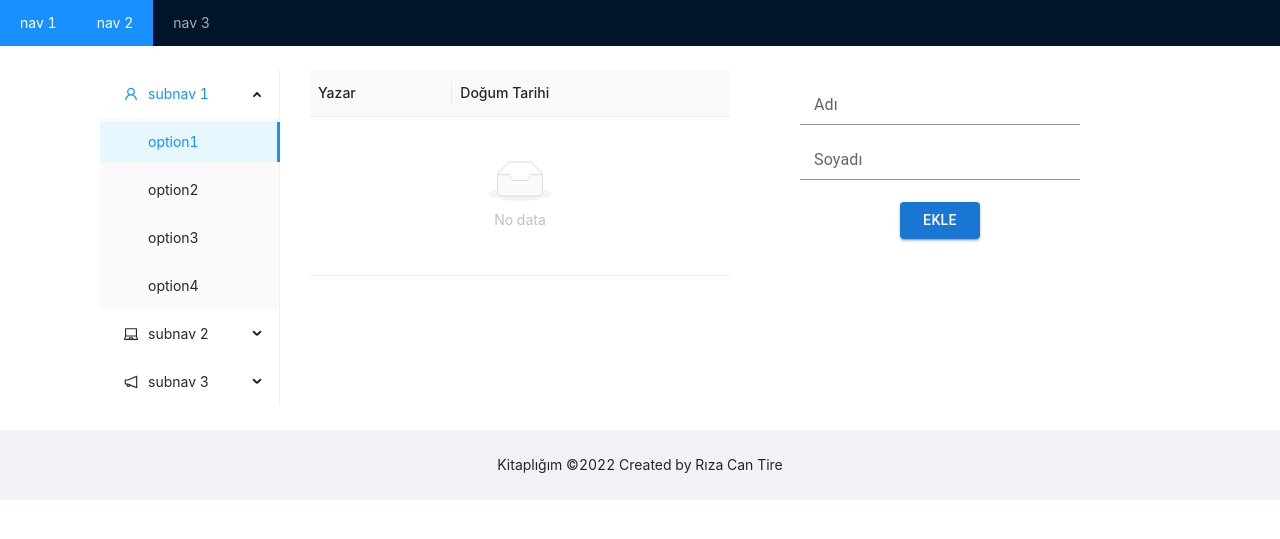
Repository: rizacantire/dotNetCoreWorks
Page: / (app in 1-PersonelLibrary/client/personel-library/)
An editor plug-in stored every save of this project. The page is shown before and after the next save, followed by the edit.
The browser window is 1280 px wide. The pictures show the whole page.
The page's requests for data from a server got no answer. The project was rebuilt for these pictures with package versions that can differ from the ones it lists, and the page was loaded fresh each time. No one was signed in, and anything a server would have sent is missing. Also part of the build but not shown: 1-PersonelLibrary/client/personel-library/src/index.css, 1-PersonelLibrary/client/personel-library/src/components/pages/Categories/CategoryList.jsx.

Above is the page before, as saved 2022-03-14 09:15:30.

### 1-PersonelLibrary/client/personel-library/public/index.html
<!DOCTYPE html>
<html lang="en">
  <head>
    <meta charset="utf-8" />
    <link rel="icon" href="%PUBLIC_URL%/favicon.ico" />
    <meta name="viewport" content="width=device-width, initial-scale=1" />
    <meta name="theme-color" content="#000000" />
    <meta
      name="description"
      content="Web site created using create-react-app"
    />
    <link rel="apple-touch-icon" href="%PUBLIC_URL%/logo192.png" />
    <!--
      manifest.json provides metadata used when your web app is installed on a
      user's mobile device or desktop. See https://developers.google.com/web/fundamentals/web-app-manifest/
    -->
    <link rel="manifest" href="%PUBLIC_URL%/manifest.json" />


    <!--
      Notice the use of %PUBLIC_URL% in the tags above.
      It will be replaced with the URL of the `public` folder during the build.
      Only files inside the `public` folder can be referenced from the HTML.

      Unlike "/favicon.ico" or "favicon.ico", "%PUBLIC_URL%/favicon.ico" will
      work correctly both with client-side routing and a non-root public URL.
      Learn how to configure a non-root public URL by running `npm run build`.
    -->
    <title>React App</title>
  </head>
  <body>
    <noscript>You need to enable JavaScript to run this app.</noscript>
    <div id="root"></div>
    <!--
      This HTML file is a template.
      If you open it directly in the browser, you will see an empty page.

      You can add webfonts, meta tags, or analytics to this file.
      The build step will place the bundled scripts into the <body> tag.

      To begin the development, run `npm start` or `yarn start`.
      To create a production bundle, use `npm run build` or `yarn build`.
    -->
  </body>
</html>

### 1-PersonelLibrary/client/personel-library/src/index.js
import React from "react";
import ReactDOM from "react-dom";
import "./index.css";
import App from "./App";
import reportWebVitals from "./reportWebVitals";
import { Provider } from "react-redux";
import { store } from "./redux/store/store";
import { BrowserRouter } from "react-router-dom";
import 'antd/dist/antd.min.css'

ReactDOM.render(

    <BrowserRouter>
      {" "}
     <Provider store={store}>

     <App />


     </Provider>
    </BrowserRouter>
,
  document.getElementById("root")
);

// If you want to start measuring performance in your app, pass a function
// to log results (for example: reportWebVitals(console.log))
// or send to an analytics endpoint. Learn more: https://bit.ly/CRA-vitals
reportWebVitals();

### 1-PersonelLibrary/client/personel-library/src/App.js
import React from "react";
import { Row, Col } from "antd";
import SiteHeader from "./components/layouts/SiteHeader";
import SideNavi from "./components/layouts/SideNavi";
import Dashboard from "./components/layouts/Dashboard";
import SiteFooter from "./components/layouts/SiteFooter";

export default function App() {
  return (
    <>
      <Row>
        <Col span={24}>
          <SiteHeader />
        </Col>
      </Row>
      <Row className="site-layout-background" style={{ padding: "24px 100px" }}>
        <Col className="site-layout-background" span={4}>
          <SideNavi />
        </Col>
        <Col
          className="site-layout-background"
          style={{ padding: "0px 30px" }}
          span={20}
        >
          <Dashboard />
        </Col>
      </Row>
      <Row>
        <Col span={24}>
          <SiteFooter />
        </Col>
      </Row>
      </>
  );
}

### 1-PersonelLibrary/client/personel-library/src/redux/store/store.js
import {configureStore} from "@reduxjs/toolkit"
import authorReducer from "../reducers/authorSlice"
import categorySlice from "../reducers/categorySlice"

export const store = configureStore({
    reducer : {
        authors:authorReducer,
        categories:categorySlice
    }
})

### 1-PersonelLibrary/client/personel-library/src/components/layouts/SiteHeader.jsx
import React from "react";
import {  Menu } from "antd";


export default function SiteHeader() {
  return (
    <div>
      <Menu theme="dark" mode="horizontal" defaultSelectedKeys={["2"]}>
        <Menu.Item key="1">nav 1</Menu.Item>
        <Menu.Item key="2">nav 2</Menu.Item>
        <Menu.Item key="3">nav 3</Menu.Item>
      </Menu>
    </div>
  );
}

### 1-PersonelLibrary/client/personel-library/src/components/layouts/SideNavi.jsx
import React from "react";
import {  Menu } from 'antd';
import { UserOutlined, LaptopOutlined, NotificationOutlined } from '@ant-design/icons';

export default function SideNavi() {
  const { SubMenu } = Menu;


  return (
    <div>
      <Menu
            mode="inline"
            defaultSelectedKeys={['1']}
            defaultOpenKeys={['sub1']}
            style={{ height: '100%' }}
          >
            <SubMenu key="sub1" icon={<UserOutlined />} title="subnav 1">
              <Menu.Item key="1">option1</Menu.Item>
              <Menu.Item key="2">option2</Menu.Item>
              <Menu.Item key="3">option3</Menu.Item>
              <Menu.Item key="4">option4</Menu.Item>
            </SubMenu>
            <SubMenu key="sub2" icon={<LaptopOutlined />} title="subnav 2">
              <Menu.Item key="5">option5</Menu.Item>
              <Menu.Item key="6">option6</Menu.Item>
              <Menu.Item key="7">option7</Menu.Item>
              <Menu.Item key="8">option8</Menu.Item>
            </SubMenu>
            <SubMenu key="sub3" icon={<NotificationOutlined />} title="subnav 3">
              <Menu.Item key="9">option9</Menu.Item>
              <Menu.Item key="10">option10</Menu.Item>
              <Menu.Item key="11">option11</Menu.Item>
              <Menu.Item key="12">option12</Menu.Item>
            </SubMenu>
          </Menu>
    </div>
  );
}

### 1-PersonelLibrary/client/personel-library/src/components/layouts/Dashboard.jsx
import React from 'react'
import AuthorList from '../pages/Authors/AuthorList';
import { Route, Routes } from "react-router-dom";
import CategoryList from '../pages/Categories/CategoryList';

export default function Dashboard() {

  return (
    <div>
       <Routes>
        <Route exact path="/" element={ <AuthorList/>} />
        <Route exact path="/yazar" element={ <AuthorList/>} />
        <Route exact path="/kategori" element={ <CategoryList/>} />


      </Routes>

    </div>
  )
}

### 1-PersonelLibrary/client/personel-library/src/components/layouts/SiteFooter.jsx
import React from 'react'
import { Layout } from "antd";
export default function SiteFooter() {
  const {  Footer } = Layout;

  return (
    <div>
        <Footer style={{ textAlign: "center" }}>
         Kitaplığım ©2022 Created by Rıza Can Tire
        </Footer>
    </div>
  )
}

### 1-PersonelLibrary/client/personel-library/src/redux/reducers/authorSlice.js
import { createAsyncThunk, createSlice } from "@reduxjs/toolkit";
import axios from "axios";

export const getAuthorsAsync = createAsyncThunk("api/Author",async()=>{
    const response = await axios.get(`${process.env.REACT_APP_API_BASE_URL}/Author`)
    return await response.data
})

export const addAuthorAsync =  createAsyncThunk("api/AddAuthor",async(data)=>{
    const response = await axios.post(`${process.env.REACT_APP_API_BASE_URL}/Author`,data)
    return await response.data
})
export const deleteAuthorAsync =  createAsyncThunk("api/AddAuthor",async(data)=>{
    const response = await axios.delete(`${process.env.REACT_APP_API_BASE_URL}/Author?id=`+data)
    return await response.data
})
export const authorSlice = createSlice({
    name:"authors",
    initialState:{
        items:[],
        isLoading : false,
        error:null
    },
    reducers:{

    },
    extraReducers:{
        [getAuthorsAsync.pending]:(state,action) =>{
            state.isLoading = true
        },
        [getAuthorsAsync.fulfilled]:(state,action)=>{
            state.items = action.payload
            state.isLoading = false
        },
        [getAuthorsAsync.rejected]:(state,action)=>{
            state.isLoading = false;
            state.error = action.error.message;
        },
        [addAuthorAsync.fulfilled]:(state,action)=>{
            state.items.push(action.payload)
        },
        [addAuthorAsync.rejected]:(state,action)=>{
            state.error = action.error.message;
        },
        [deleteAuthorAsync.fulfilled]:(state,action)=>{
            const id = action.meta.arg;
            const filtered = state.items.filter(item=>item.id!==id)
            state.items = filtered
        },
        [deleteAuthorAsync.rejected]:(state,action)=>{
            state.error = action.error.message;
        },
    }
})

export const authorList = (state)=>state.authors.items
export default authorSlice.reducer

### 1-PersonelLibrary/client/personel-library/src/redux/reducers/categorySlice.js
import { createSlice,createEntityAdapter } from "@reduxjs/toolkit";

export const categoryAdapter = createEntityAdapter();
const initialState = categoryAdapter.getInitialState();

const categorySlice = createSlice({
    name:"categories",
    initialState,
    reducers:{
        addCategory : categoryAdapter.addOne,
    }
});
export const {addCategory} = categorySlice.actions;
export default categorySlice.reducer;

### 1-PersonelLibrary/client/personel-library/src/components/pages/Authors/AuthorList.jsx
import React, { useEffect } from 'react'
import { Row, Col, Table } from 'antd';
import { useSelector,useDispatch } from 'react-redux';
import { authorList, getAuthorsAsync } from '../../../redux/reducers/authorSlice';
import AuthorAdd from './AuthorAdd';

export default  function AuthorList() {
    const dispatch = useDispatch()
    const getList = useSelector(authorList)


    const getBirthDate =(birthDate)=>{
      var dateObj = new Date(birthDate);
      var month = dateObj.getUTCMonth() + 1; //months from 1-12
      var day = dateObj.getUTCDate();
      var year = dateObj.getUTCFullYear();
      var returnDate = day.toString()+"-"+month.toString() +"-" +year.toString()
      return returnDate
    }
    console.log(getBirthDate);
    const getData = getList.map((message) => ({
      key:message.id,
      fullName:message.firstName+" "+message.lastName,
      birthDate: getBirthDate(message.birthDate)

    }));
    const items = [...getData].sort((a, b) => b.id - a.id);



    useEffect(() => {
        dispatch(getAuthorsAsync())
    }, [dispatch])

    const columns = [
        {
          title: 'Yazar',
          dataIndex: 'fullName',
        },
        {
          title: 'Doğum Tarihi',
          dataIndex: "birthDate",
        }
      ];


  return (
    <div>
      <Row>
      <Col  sm={24} md={12}><Table columns={columns} dataSource={items} size="middle" /></Col>
      <Col  sm={24} md={12} ><AuthorAdd/></Col>
    </Row>



    </div>
  )
}

### 1-PersonelLibrary/client/personel-library/src/components/pages/Authors/AuthorAdd.jsx
import React, {  useState } from "react";
import { useSelector, useDispatch } from "react-redux";
import {addAuthorAsync} from "../../../redux/reducers/authorSlice"
import { FormGroup, FormControl, InputLabel, Input,Button } from "@mui/material";

export default function AuthorAdd() {
  const dispatch = useDispatch();
  const [firstName, setFirstName] = useState("");
  const [lastName, setLastName] = useState("");

  const handleSubmit = async () => {
    //e.preventDefault()
    let commentator = { firstName: firstName, lastName: lastName };
    if(window.confirm("Ekleme gerçekleştirilsin mi?")){
        await dispatch(addAuthorAsync(commentator));
        setFirstName("")
        setLastName("")
    }
  };
  return (
    <div style={{margin:"auto"}}>
      <FormGroup sx={{margin:"0em 5em"}}>
        <FormControl sx={{margin:"0.5em 0"}}>
          <InputLabel htmlFor="firstName">Adı</InputLabel>
          <Input value={firstName} onChange={(e)=>setFirstName(e.target.value)} id="firstName" />
        </FormControl>
        <FormControl>
          <InputLabel htmlFor="lastName">Soyadı</InputLabel>
          <Input value={lastName} onChange={(e)=>setLastName(e.target.value)} id="lastName" />
        </FormControl>
        <br />
        <Button sx={{width:"80px",margin:"auto"}} variant="contained" onClick={()=>handleSubmit()}

        >Ekle</Button>
      </FormGroup>
    </div>
  );
}

Loaded but not shown: 1-PersonelLibrary/client/personel-library/src/reportWebVitals.js (common file); 1-PersonelLibrary/client/personel-library/src/index.css (no copy from this time; the picture is the same without it)

After the next save:
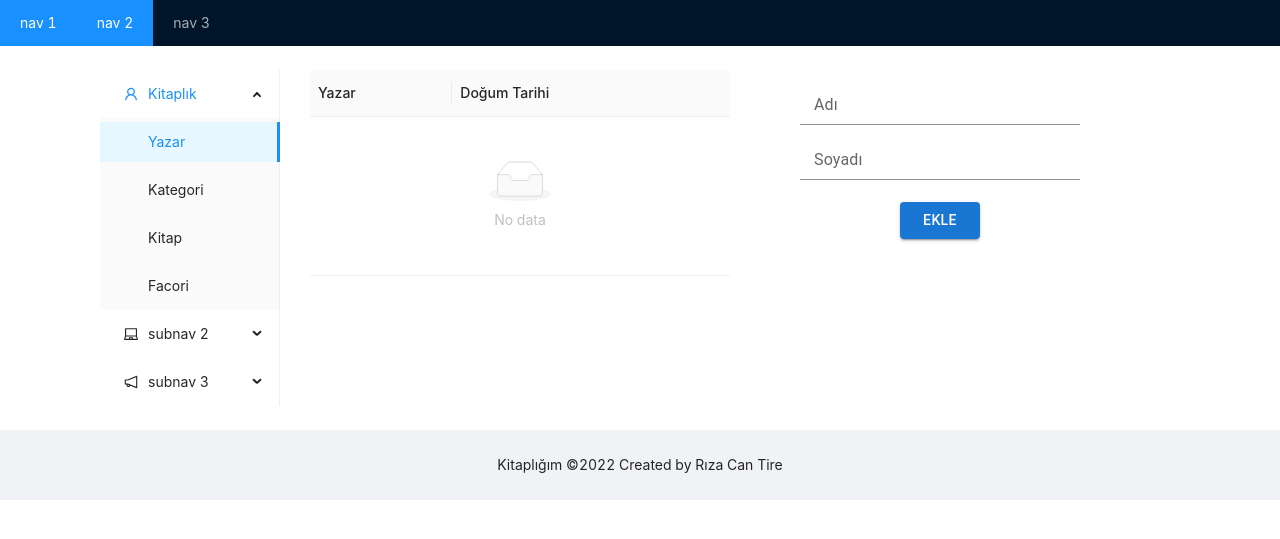
Saved 29 s later.
--- a/1-PersonelLibrary/client/personel-library/src/components/layouts/SideNavi.jsx
+++ b/1-PersonelLibrary/client/personel-library/src/components/layouts/SideNavi.jsx
@@ -14,11 +14,11 @@ export default function SideNavi() {
             defaultOpenKeys={['sub1']}
             style={{ height: '100%' }}
           >
-            <SubMenu key="sub1" icon={<UserOutlined />} title="subnav 1">
-              <Menu.Item key="1">option1</Menu.Item>
-              <Menu.Item key="2">option2</Menu.Item>
-              <Menu.Item key="3">option3</Menu.Item>
-              <Menu.Item key="4">option4</Menu.Item>
+            <SubMenu key="sub1" icon={<UserOutlined />} title="Kitaplık">
+              <Menu.Item key="1">Yazar</Menu.Item>
+              <Menu.Item key="2">Kategori</Menu.Item>
+              <Menu.Item key="3">Kitap</Menu.Item>
+              <Menu.Item key="4">Facori</Menu.Item>
             </SubMenu>
             <SubMenu key="sub2" icon={<LaptopOutlined />} title="subnav 2">
               <Menu.Item key="5">option5</Menu.Item>
